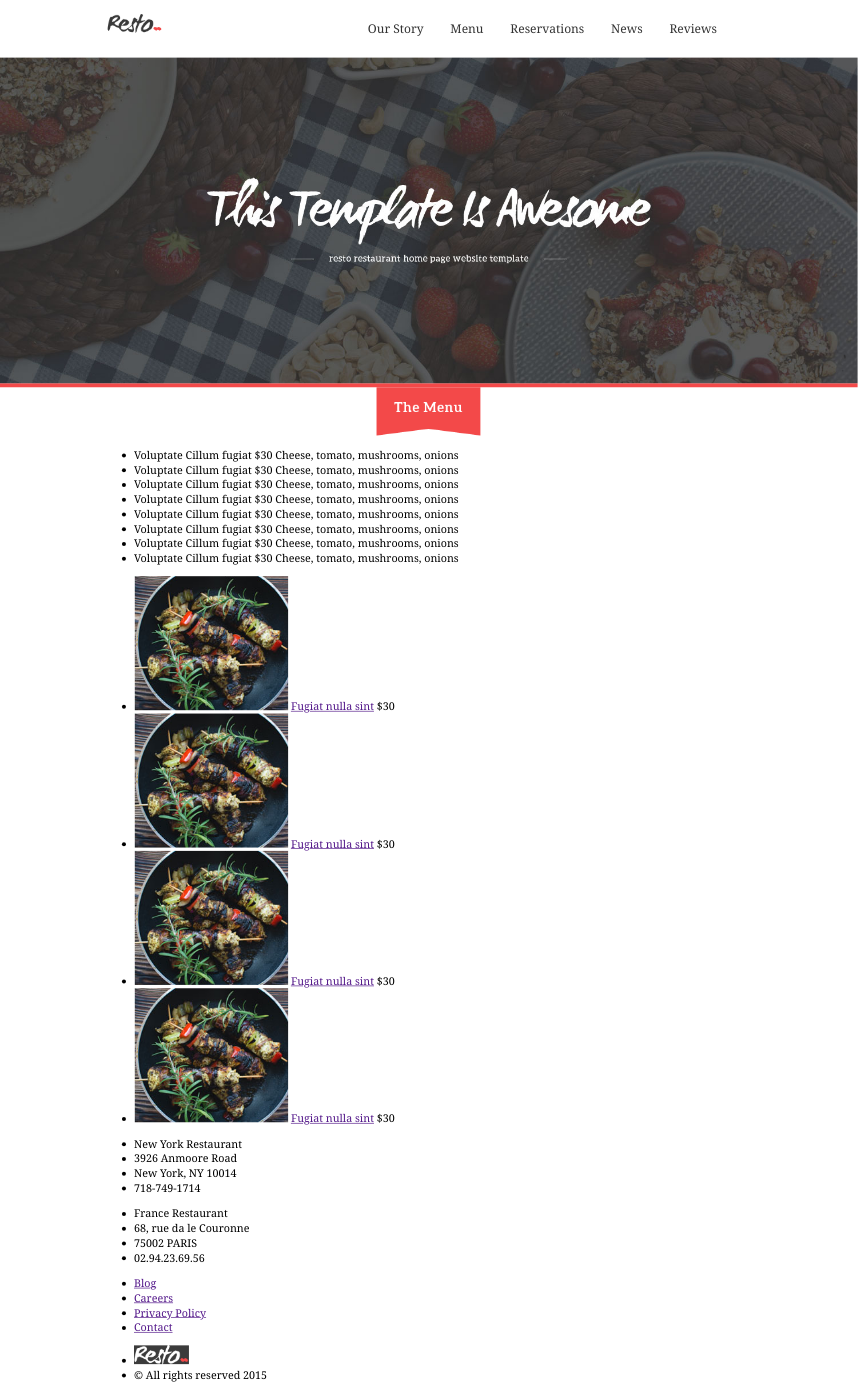
Repository: Piterwk1/psd-to-wordpress
Page: index.html
An editor plug-in stored every save of this project. The page is shown before and after the next save, followed by the edit.
The browser window is 1280 px wide. The pictures show the whole page, at 67% of full size.

Above is the page before, as saved 2021-09-23 00:54:45.

### index.html
<html lang="en">

<head>
    <meta charset="UTF-8">
    <meta http-equiv="X-UA-Compatible" content="IE=edge">
    <meta name="viewport" content="width=device-width, initial-scale=1.0">
    <title>Resto</title>
    <link rel="stylesheet" href="style.css">
</head>

<body>

    <header>
        <div class="wrapper" id="headerWrapper">
            <h1 class="logo">Rest</h1>
            <nav>
                <h2>Main Navigation</h2>
                <ul>
                    <li><a href="">Our Story</a></li>
                    <li><a href="">Menu</a></li>
                    <li><a href="">Reservations</a></li>
                    <li><a href="">News</a></li>
                    <li><a href="">Reviews</a></li>
                </ul>
            </nav>
        </div>
    </header>

    <!-- start homepage content -->

    <div id="main-banner">
        <img src="images/banner.jpg" alt="Welcome to Resto">
    </div>

    <div class="wrapper">
        <section id="home-menu">
            <h2>Menu</h2>
            <ul>
                <li>
                    <span class="dish">Voluptate Cillum fugiat</span>
                    <span class="price">$30</span>
                    <span class="description">Cheese, tomato, mushrooms, onions</span>
                </li>
                <li>
                    <span class="dish">Voluptate Cillum fugiat</span>
                    <span class="price">$30</span>
                    <span class="description">Cheese, tomato, mushrooms, onions</span>
                </li>
                <li>
                    <span class="dish">Voluptate Cillum fugiat</span>
                    <span class="price">$30</span>
                    <span class="description">Cheese, tomato, mushrooms, onions</span>
                </li>
                <li>
                    <span class="dish">Voluptate Cillum fugiat</span>
                    <span class="price">$30</span>
                    <span class="description">Cheese, tomato, mushrooms, onions</span>
                </li>
                <li>
                    <span class="dish">Voluptate Cillum fugiat</span>
                    <span class="price">$30</span>
                    <span class="description">Cheese, tomato, mushrooms, onions</span>
                </li>
                <li>
                    <span class="dish">Voluptate Cillum fugiat</span>
                    <span class="price">$30</span>
                    <span class="description">Cheese, tomato, mushrooms, onions</span>
                </li>
                <li>
                    <span class="dish">Voluptate Cillum fugiat</span>
                    <span class="price">$30</span>
                    <span class="description">Cheese, tomato, mushrooms, onions</span>
                </li>
                <li>
                    <span class="dish">Voluptate Cillum fugiat</span>
                    <span class="price">$30</span>
                    <span class="description">Cheese, tomato, mushrooms, onions</span>
                </li>
            </ul>
        </section>

        <section id="featured">
            <ul>
                <li>
                    <img src="images/thumb-1.jpg">
                    <a href="">Fugiat nulla sint</a>
                    <span>$30</span>
                    <span class="rating"></span>
                </li>
                <li>
                    <img src="images/thumb-1.jpg">
                    <a href="">Fugiat nulla sint</a>
                    <span>$30</span>
                    <span class="rating"></span>
                </li>
                <li>
                    <img src="images/thumb-1.jpg">
                    <a href="">Fugiat nulla sint</a>
                    <span>$30</span>
                    <span class="rating"></span>
                </li>
                <li>
                    <img src="images/thumb-1.jpg">
                    <a href="">Fugiat nulla sint</a>
                    <span>$30</span>
                    <span class="rating"></span>
                </li>
            </ul>
        </section>
    </div>

    <!-- end homepage content -->

    <footer>
        <div class="wrapper">
            <ul>
                <li>New York Restaurant</li>
                <li>3926 Anmoore Road</li>
                <li>New York, NY 10014</li>
                <li>718-749-1714</li>
            </ul>
            <ul>
                <li>France Restaurant</li>
                <li>68, rue da le Couronne</li>
                <li>75002 PARIS</li>
                <li>02.94.23.69.56</li>
            </ul>
            <ul>
                <li><a href="">Blog</a></li>
                <li><a href="">Careers</a></li>
                <li><a href="">Privacy Policy</a></li>
                <li><a href="">Contact</a></li>
            </ul>
            <ul>
                <li><img src="images/white-logo.png" alt="logo"></li>
                <li>&copy; All rights reserved 2015</li>

            </ul>
        </div>
    </footer>
</body>

</html>

### style.css
body {
    font-family: Georgia, 'Times New Roman', Times, serif;
    margin: 0;
}

.wrapper {
    width: 100%;
    max-width: 960px;
    /* max-width: 1180px; */
    padding: 0 10px;
    margin:  0 auto;
}

h1.logo {
    background-image: url(images/logo.png);
    background-repeat: no-repeat;
    width: 100px;
    text-indent: -10000px;
}

#headerWrapper {
    display: flex;
    justify-content: space-between;
    width: 100%;
}

nav {

  margin-right: 10px;

}

#headerWrapper nav h2 {
    text-indent: -100000px;
    height: 0;
    margin: 0;
}

#headerWrapper nav ul {
   display: flex;
   justify-content: space-evenly;
   list-style-type:  none;
   margin: 10px 20px;
}
#headerWrapper nav li {

   margin: 20px 20px;
}
#headerWrapper nav li a{
   text-decoration: none;
   color: #333;
   font-size: 18px;
}
#headerWrapper nav li a:hover{
   color: blue;
}

#main-banner, #main-banner img{
    width: 100%;
}

#main-banner img {
    border-bottom: 6px solid #f34949;
}

#home-menu h2 {
    background-image: url(images/menu-head.png);
    background-repeat: no-repeat;
    width: 156px;
    height: 74px;
    text-indent: -10000px;
    margin: 0 auto;
}

After the next save:
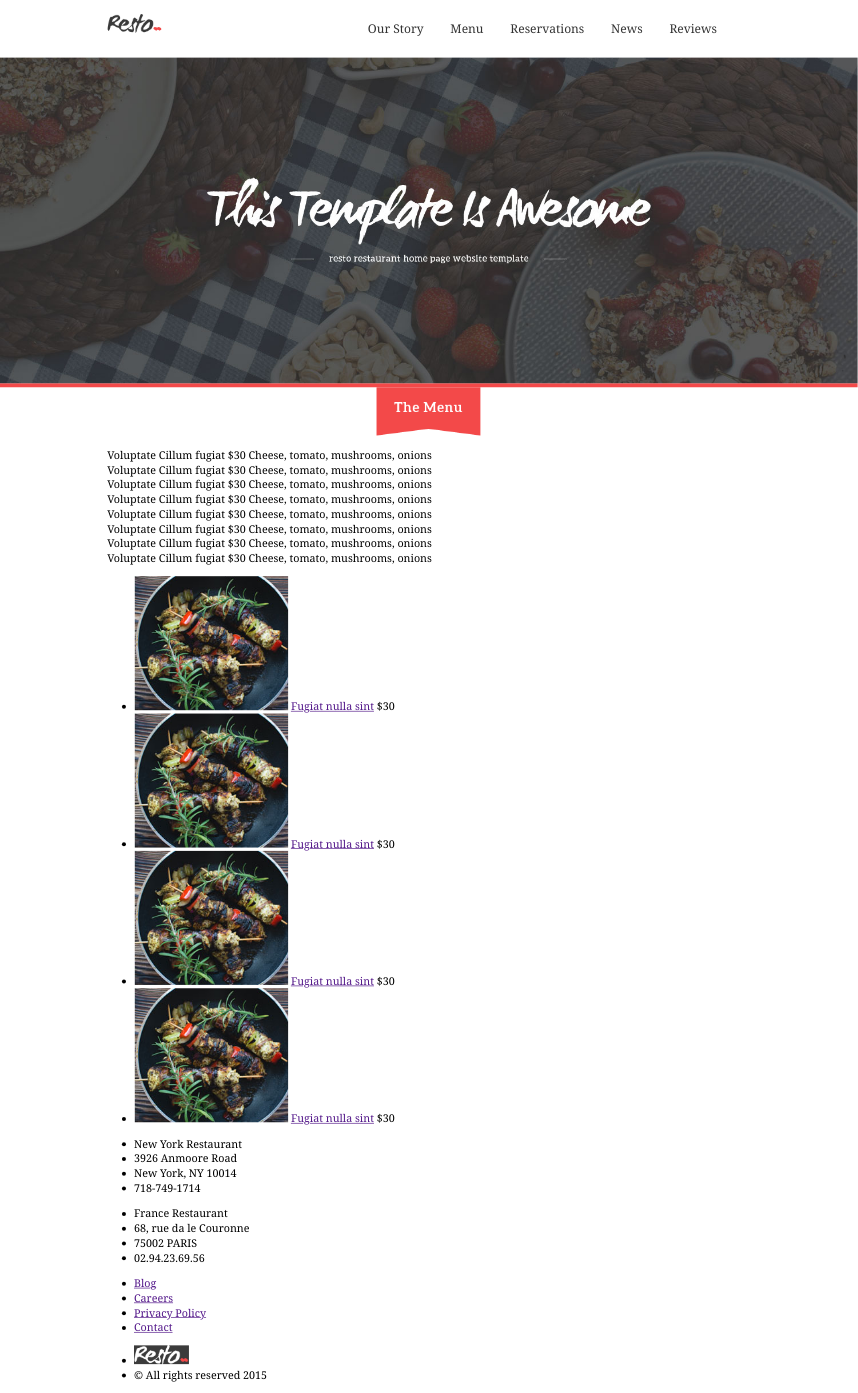
Saved 9 min 3 s later.
--- a/style.css
+++ b/style.css
@@ -71,3 +71,8 @@ nav {
     text-indent: -10000px;
     margin: 0 auto;
 }
+
+#home-menu ul {
+   padding: 0;
+   list-style: none;
+}
